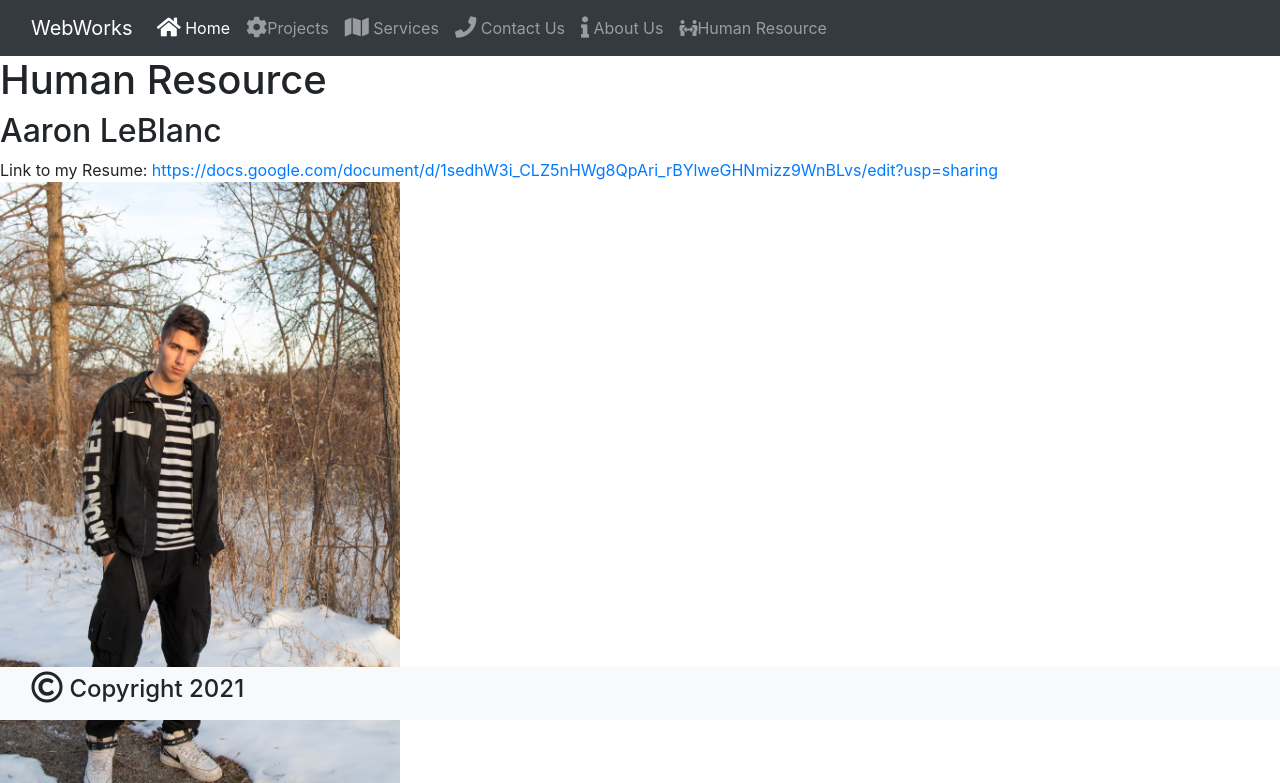
Repository: JonathonWager/Webd6202Lab1
Page: human_resource.html
The author's editor kept a copy of each file at every save. The page is drawn from the files as they stood at one save, then again after the next save.
The browser window is 1280 px wide. The pictures show the whole page.

Above is the page before, as saved 2021-02-05 20:23:26.
Not found: Content/app.css

### human_resource.html
<!DOCTYPE html>
<html lang="en">
<head>
    <meta charset="UTF-8">
    <meta name="viewport" content="width=device-width, initial-scale=1.0">
    <title>Human Resource</title>
    <!-- CSS Section -->
    <link rel="stylesheet" href="./node_modules/bootstrap/dist/css/bootstrap.min.css">
    <link rel="stylesheet" href="./node_modules/@fortawesome/fontawesome-free/css/all.min.css">
    <link rel="stylesheet" href="./Content/app.css">
</head>
<body>
    <!-- Main Header -->
    <header>
        <!-- Main Navigation -->
        <nav class="navbar navbar-expand-lg navbar-dark bg-dark">
            <div class="container-fluid">
              <a class="navbar-brand" href="index.html">WebWorks</a>
              <button class="navbar-toggler" type="button" data-bs-toggle="collapse" data-bs-target="#navbarSupportedContent" aria-controls="navbarSupportedContent" aria-expanded="false" aria-label="Toggle navigation">
                <span class="navbar-toggler-icon"></span>
              </button>
              <div class="collapse navbar-collapse" id="navbarSupportedContent">
                <ul class="navbar-nav me-auto mb-2 mb-lg-0">
                  <li class="nav-item">
                    <a class="nav-link active" aria-current="page" href="index.html"><i class="fas fa-home fa-lg"></i> Home</a>
                  </li>

                  <li class="nav-item">
                    <a class="nav-link" aria-current="page" href="projects.html" id = "projects"><i class="fas fa-cog fa-lg"></i> Products</a>
                  </li>

                  <li class="nav-item">
                    <a class="nav-link" aria-current="page" href="services.html"><i class="fas fa-map fa-lg"></i> Services</a>
                  </li>

                  <li class="nav-item">
                    <a class="nav-link" aria-current="page" href="contact.html"><i class="fas fa-phone fa-lg"></i> Contact Us</a>
                  </li>
                  <li class="nav-item">
                    <a class="nav-link" aria-current="page" href="about.html"><i class="fas fa-info fa-lg"></i> About Us</a>
                  </li>
                </ul>
              </div>
            </div>
          </nav>
    </header>

    <!-- Main Content -->
    <main>
    <h1>Human Resource</h1>
      <h2>Aaron LeBlanc</h2>
      <div> Link to my Resume:  <a href="url">https://docs.google.com/document/d/1sedhW3i_CLZ5nHWg8QpAri_rBYlweGHNmizz9WnBLvs/edit?usp=sharing</a></div>
      <div id="AboutAaronContent"> </div>
      <img src="/Pictures/About us Page/PictureOfAaron.jpg" width = 400px; alt="Deck of Cards">
  </main>

    <!-- Main Footer -->
    <footer>
    </footer>

    <!-- Script Section-->
    <script src="./node_modules/jquery/dist/jquery.min.js"></script>
    <script src="./node_modules/bootstrap/dist/js/bootstrap.bundle.min.js"></script>
    <script src="./Scripts/app.js"></script>
</body>
</html>

### Scripts/app.js
/* custom JavaScript goes here */

//IIFE - Immediately Invoked Function Expression
//AKA - Anonymous Self-Executing Function
//Closure - limits scope leak

"use strict";

(function()
{
    function displayHome()
    {

        let paragraphOneText =
          "Welcome to Web Works, Our team at Web Works is dedicated to offering advanced web development creations that will make you stand out from the crowd.";

        let paragraphOneElement = document.getElementById("paragraphOne");

        paragraphOneElement.textContent = paragraphOneText;
        paragraphOneElement.className = "fs-5";

        // Step 1. document.createElement
        let newParagraph = document.createElement("p");
        // Step 2. configure the element
        newParagraph.setAttribute("id", "paragraphTwo");
        newParagraph.textContent = "Our team consits of two dedicated students that are currently enrolled in the Computer programmer and Analysis course at Durham College located in Northern Oshawa. ";
        // Step 3. select the parent element
        let mainContent = document.getElementsByTagName("main")[0];
        // Step 4. Add / Insert the element
        mainContent.appendChild(newParagraph);

        newParagraph.className = "fs-6";

        // another way of injecting content
        let paragraphDiv = document.createElement("div");
        let paragraphThree = `Oshawa. Our skill sets are growing every day and we are profecient in HTML, CSS, Java, C++,
        database development, automations and much more. Contact our team with inqueries and you will get a response within one business day`;
        paragraphDiv.innerHTML = paragraphThree;

        // insertions

        // example of inserting before a node
        //newParagraph.before(paragraphDiv);

        // example of inserting after a node
        newParagraph.after(paragraphDiv);

        // deletions

        // example of removing a single element
        //paragraphOneElement.remove();

        // example of removeChild
        //mainContent.removeChild(paragraphOneElement);

        // update / modification
        mainContent.firstElementChild.textContent = "Welcome Home!";


    }

    function displayAbout()
    {
      let paragraphOneText = "I'm twenty years old and I'm currently enrolled in the Computer Programmer and Analysis course at Durham College. I spent one year at Ontario Tech University doing game development before switching into my current program. I enjoy programming and design, spending time with friends and going to music festivals. In future I aspire to be a succesful software developer and be able to travel too many countries and support my family.";

      let projectsDiv1 = document.getElementById("AboutAaronContent");

      let projectsP1 = document.createElement("p");

      projectsP1.textContent = paragraphOneText;

      projectsDiv1.appendChild(projectsP1);

      let paragraph2Text = "My name is Jonathon Wager and i am currently enrolled in the Computer Programmer and Analysis course at Durham College. I am very interested in  science and coding. Some of my hobbies include Auto Racing, Skateboarding and snowboarding. I live in a small town in Uxbridge Ontario but frecently spend time at the family cottage in Haliburton Ontario ";

      let projectsDiv2 = document.getElementById("AboutJonathonContent");

      let projectsP2 = document.createElement("p");

      projectsP2.textContent = paragraph2Text;

      projectsDiv2.appendChild(projectsP2);
    }

    function displayProjects()
    {
      let paragraphOneText = "The following project focus was on developing our skills in object-orientated programming as we were developing a program that would create card objects that could be used for a wide variety of purposed including implementing into hundreds of different card games. The project was one of our favourites because it widned our skill set and showed us even further how useful object-orientate programming can be.";

      let projectsDiv1 = document.getElementById("DeckOfCardsContent");

      let projectsP1 = document.createElement("p");

      projectsP1.textContent = paragraphOneText;

      projectsDiv1.appendChild(projectsP1);


      let paragraph2Text = "This next project was from our Systems and Automation class where we create a GPA calculator program that was able to handle input, and formatted output containing calculations for averages and more. This project was one of our other favourites because it worked perfectly and we learned a lot of things in the process of completing the project.";

      let projectsDiv2 = document.getElementById("GPACalculatorContent");

      let projectsP2 = document.createElement("p");

      projectsP2.textContent = paragraph2Text;

      projectsDiv2.appendChild(projectsP2);



      let paragraph3Text = "The last project we will be showcasing was the website we built over the course of the semester for the Web Development course if first semester of our second year. This was one of our favourite projects because we learned so much along the way to the end of the project including skills in HTML, CSS, PHP and PGSQL. Our website was able to handle login using data from our database with encrypted passwords and had tables on our website that were directly pulled from its database. ";

      let projectsDiv3 = document.getElementById("WebsiteContent");

      let projectsP3 = document.createElement("p");

      projectsP3.textContent = paragraph3Text;

      projectsDiv3.appendChild(projectsP3)


    }

    function displayServices()
    {
      let paragraphOneText = "We have the ability to create interactive websites that will stand out and make you look professional. We can apply custom themes to style your website as well as make it an interactive website that is effeciently navigable.";

      let projectsDiv1 = document.getElementById("WebDesignContent");

      let projectsP1 = document.createElement("p");

      projectsP1.textContent = paragraphOneText;

      projectsDiv1.appendChild(projectsP1);

      let paragraphTwoText = "We can create small to medium sized databases that will be able to meet your business needs. We can then implement the database into your website so that you can take your business to the next level.";

      let projectsDiv2 = document.getElementById("DatabaseDevelopmentContent");

      let projectsP2 = document.createElement("p");

      projectsP2.textContent = paragraphTwoText;

      projectsDiv2.appendChild(projectsP2);

      let paragraphThreeText = "We can create small to medium sized databases that will be able to meet your business needs. We can then implement the database into your website so that you can take your business to the next level.";

      let projectsDiv3 = document.getElementById("CustomProgrammingContent");

      let projectsP3 = document.createElement("p");

      projectsP3.textContent = paragraphThreeText;

      projectsDiv3.appendChild(projectsP3);

    }

    function displayContact()
    {
        let sendButton = document.getElementById("sendButton");
        sendButton.addEventListener("click", function(event){
           window.location.href = "index.html";

        });
    }




    function Start()
    {
        console.log("App Started...");
        let navbarProjects = document.getElementById("projects");
        navbarProjects.innerHTML = '<i class="fas fa-cog fa-lg"></i>Projects';

       // let navContentHumanResource = '<li class="nav-item"><a class="nav-link" aria-current="page" href="services.html"><i class="fas fa-map fa-lg"></i> Services</a></li>';
        let navContent = document.getElementsByTagName("ul")[0];

        let navContentHumanResourceLi = document.createElement("li");
        let navContentHumanResourceA = document.createElement("a");

        // Step 2. configure the element
        navContentHumanResourceLi.setAttribute("class", "nav-item");

        navContentHumanResourceA.setAttribute("class","nav-link");
        navContentHumanResourceA.setAttribute("aria-current", "page");
        navContentHumanResourceA.setAttribute("href", "human_resource.html");
        navContentHumanResourceA.innerHTML ='<i class="fas fa-people-arrows"></i>Human Resource ';

        navContentHumanResourceLi.appendChild(navContentHumanResourceA);

        navContent.appendChild(navContentHumanResourceLi);




        let bottomNavContent = document.getElementsByTagName("footer")[0];

        let navContentFooterNav = document.createElement("nav");
        navContentFooterNav.setAttribute("class","navbar fixed-bottom navbar-light bg-light");

        let navContentDiv = document.createElement("div");
        navContentDiv.setAttribute("class", "container-fluid");

        let navContentH4 = document.createElement("h4");
        navContentH4.innerHTML = '<i class="far fa-copyright fa-lg"></i> Copyright 2021';
        navContentFooterNav.appendChild(navContentDiv);
        navContentDiv.appendChild(navContentH4);
        bottomNavContent.appendChild(navContentFooterNav);


        switch (document.title)
        {
          case "Home":
              displayHome();
            break;
          case "About":
              displayAbout();
            break;
          case "Projects":
              displayProjects();
            break;
          case "Services":
              displayServices();
            break;
          case "Contact":
              displayContact();
            break;
        }

    }

    window.addEventListener("load", Start);

})();

Loaded but not shown: node_modules/bootstrap/dist/css/bootstrap.min.css (library); node_modules/@fortawesome/fontawesome-free/css/all.min.css (library); node_modules/jquery/dist/jquery.min.js (library); node_modules/bootstrap/dist/js/bootstrap.bundle.min.js (library)

After the next save:
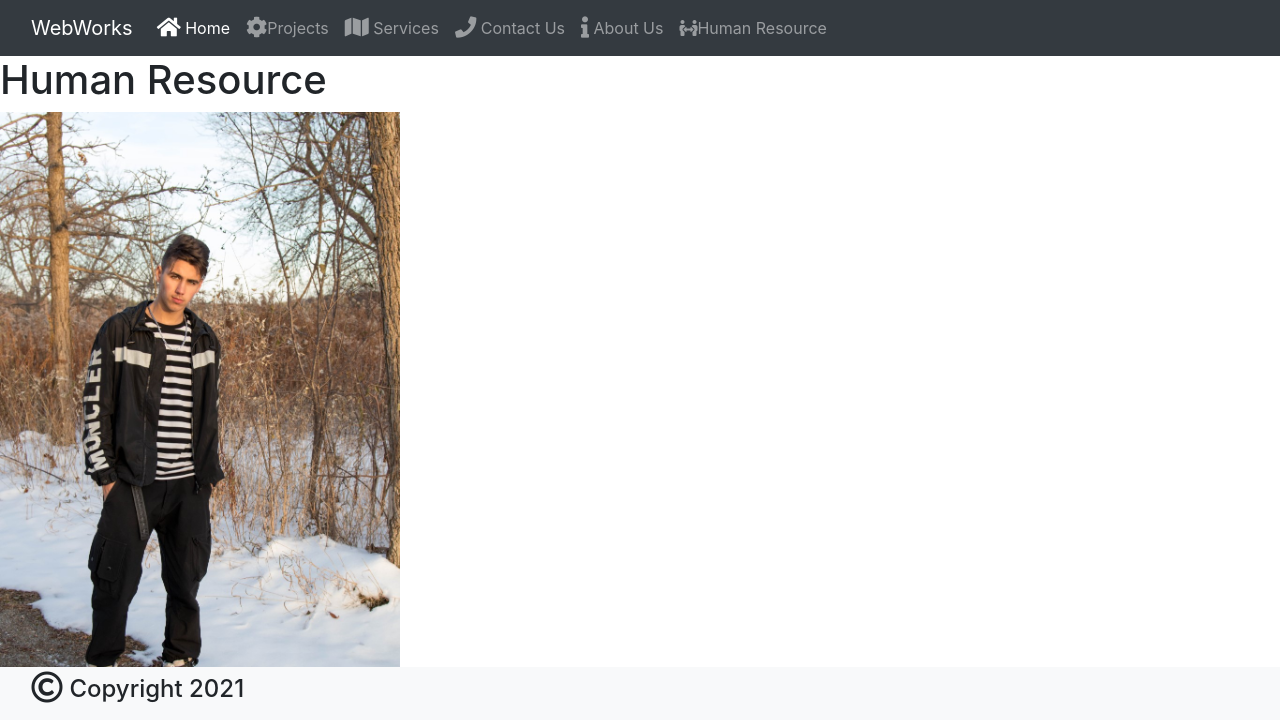
Saved 12 s later.
--- a/human_resource.html
+++ b/human_resource.html
@@ -48,8 +48,6 @@
     <!-- Main Content -->
     <main>
     <h1>Human Resource</h1>
-      <h2>Aaron LeBlanc</h2>
-      <div> Link to my Resume:  <a href="url">https://docs.google.com/document/d/1sedhW3i_CLZ5nHWg8QpAri_rBYlweGHNmizz9WnBLvs/edit?usp=sharing</a></div>
       <div id="AboutAaronContent"> </div>
       <img src="/Pictures/About us Page/PictureOfAaron.jpg" width = 400px; alt="Deck of Cards">
   </main>
